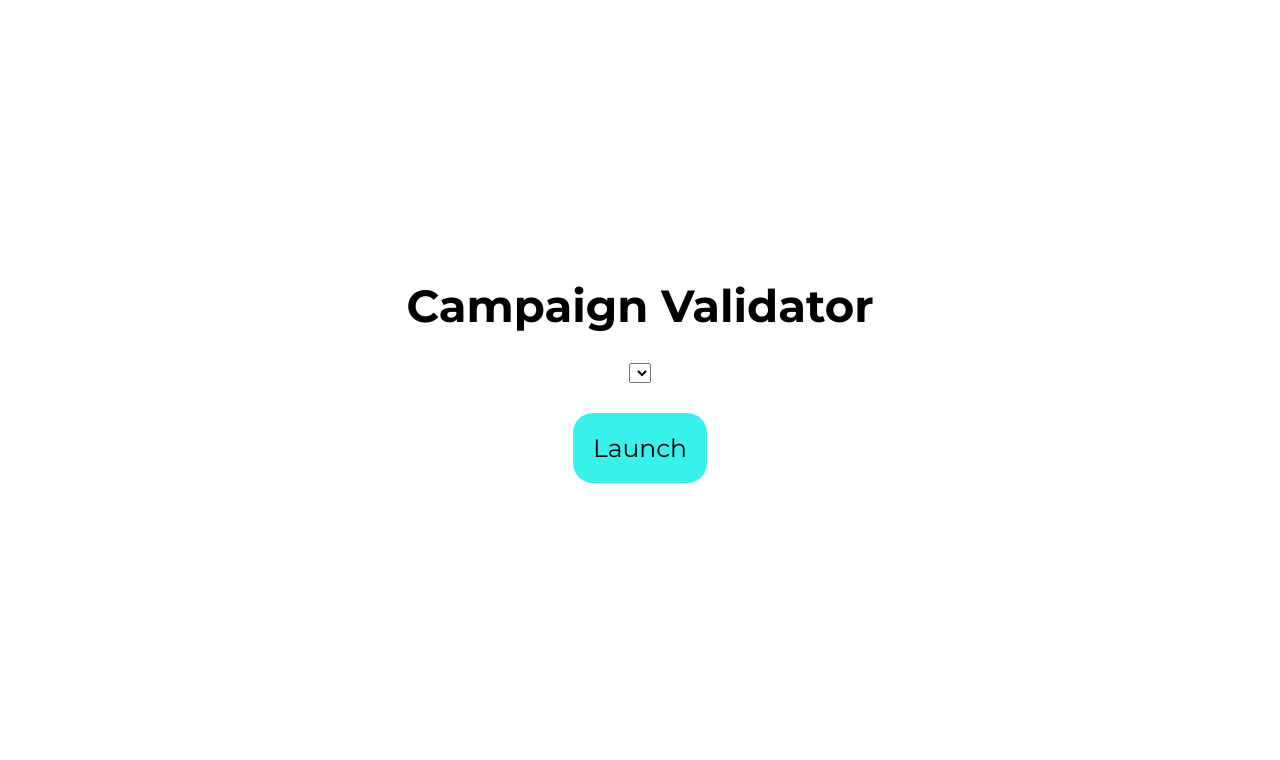
Repository: AbApin/project
Page: / (app in frontend/)
An editor plug-in stored every save of this project. The page is shown before and after the next save, followed by the edit.
The browser window is 1280 px wide. The pictures show the whole page.
The page's requests for data from a server got no answer. The project was rebuilt for these pictures with package versions that can differ from the ones it lists, and the page was loaded fresh each time. No one was signed in, and anything a server would have sent is missing. Also part of the build but not shown: frontend/vue.config.js.

Above is the page before, as saved 2023-02-21 15:56:22.

### frontend/public/index.html
<!DOCTYPE html>
<html lang="">
  <head>
    <meta charset="utf-8" />
    <meta http-equiv="X-UA-Compatible" content="IE=edge" />
    <meta name="viewport" content="width=device-width,initial-scale=1.0" />
    <link rel="icon" href="<%= BASE_URL %>favicon.ico" />
    <title><%= htmlWebpackPlugin.options.title %></title>
    <link
      href="https://fonts.googleapis.com/css?family=Montserrat:100,200,300,regular,500,600,700,800,900,100italic,200italic,300italic,italic,500italic,600italic,700italic,800italic,900italic"
      rel="stylesheet"
    />
  </head>
  <body>
    <noscript>
      <strong
        >We're sorry but <%= htmlWebpackPlugin.options.title %> doesn't work properly without
        JavaScript enabled. Please enable it to continue.</strong
      >
    </noscript>
    <div id="app"></div>
    <!-- built files will be auto injected -->
  </body>
</html>

### frontend/src/App.vue
<template>
  <div id="app">
    <h1 class="appTitle">Campaign Validator</h1>
    <select class="campaignsList">
      <option value="" v-for="campaign in campaigns" :key="campaign">{{ campaign.name }}</option>
    </select>
    <button class="launchBtn">launch</button>
  </div>
</template>

<script>
export default {
  name: 'App',
  data() {
    return {
      campaigns: [],
    };
  },
  mounted() {
    fetch('/campaigns')
      .then((response) => response.json())
      .then((data) => (this.campaigns = data.campaigns));
  },
};
</script>

<style>
* {
  margin: 0;
  padding: 0;
  box-sizing: 0;
  font-family: 'Montserrat', sans-serif;
}
#app {
  display: flex;
  align-items: center;
  justify-content: center;
  flex-direction: column;
  gap: 30px;
  padding: 20px;
  height: 100vh;
}
.appTitle {
  font-size: 45px;
}
.launchBtn {
  font-size: 25px;
  text-transform: capitalize;
  padding: 20px;
  border-radius: 20px;
  border: 0;
  background: rgba(55, 241, 235, 1);
  color: ;
}
</style>

Loaded but not shown: frontend/src/main.js (common file)

After the next save:
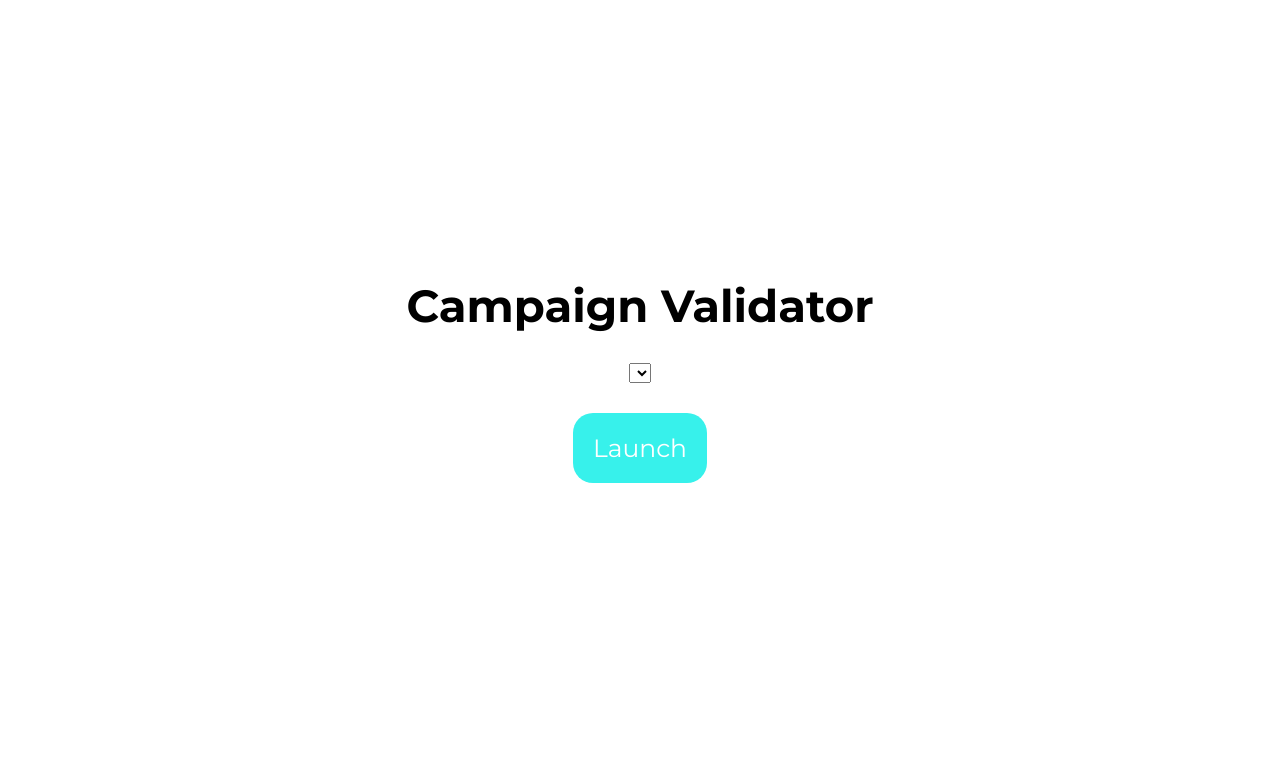
Saved 2 s later.
--- a/frontend/src/App.vue
+++ b/frontend/src/App.vue
@@ -50,6 +50,6 @@ export default {
   border-radius: 20px;
   border: 0;
   background: rgba(55, 241, 235, 1);
-  color: ;
+  color: #fff;
 }
 </style>
